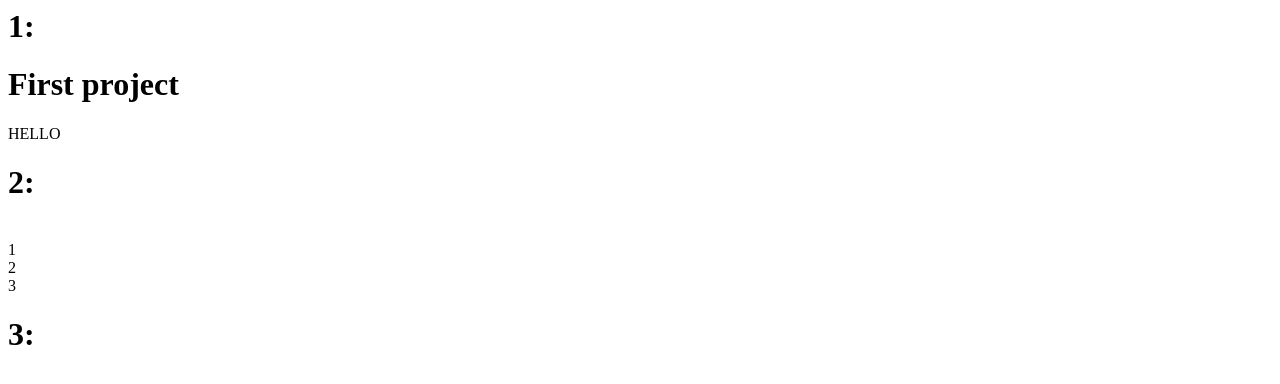
Repository: ZubaerAhmed/2-Corona-virus-eclipse-workspace
Page: http://localhost/CoronaVirus/First.jsp
An editor plug-in stored every save of this project. The page is shown before and after the next save, followed by the edit.
The browser window is 1280 px wide. The pictures show the whole page.
The page is served by Tomcat 9. Other server files are loaded and not shown.

Above is the page before, as saved 2020-04-01 15:43:37.

### CoronaVirus/WebContent/First.jsp

<html>
<body>
	<h1>1:</h1>
	<h1>First project</h1>
	<%= new String("Hello").toUpperCase() %>
	 </br>
	<h1>2:</h1>
	<%
		for(int i=1; i<4; i++){
			out.println("</br>" + i);
		}
	%>
	<h1>3:</h1>


</body>
</html>

After the next save:
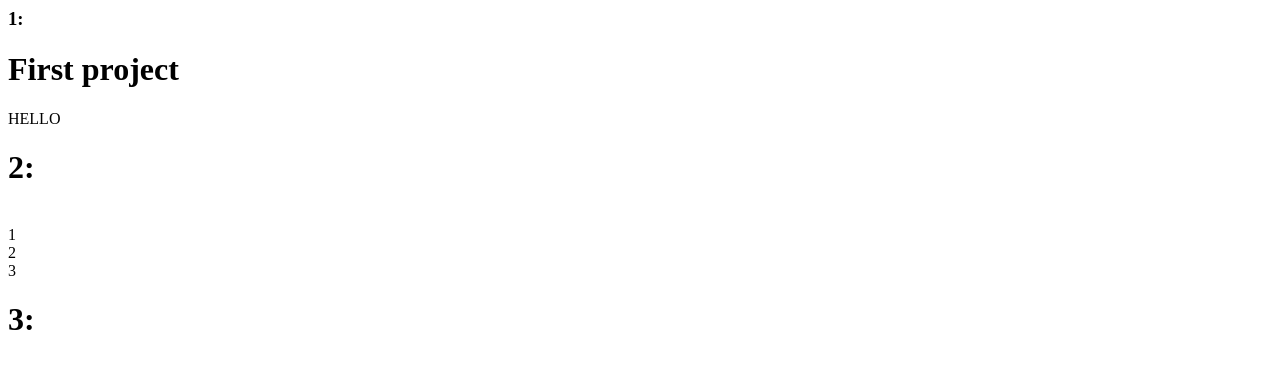
Saved 68 s later.
--- a/CoronaVirus/WebContent/First.jsp
+++ b/CoronaVirus/WebContent/First.jsp
@@ -1,7 +1,7 @@
 
 <html>
 <body>
-	<h1>1:</h1>
+	<h3>1:</h3>
 	<h1>First project</h1>
 	<%= new String("Hello").toUpperCase() %>
 	 </br>
